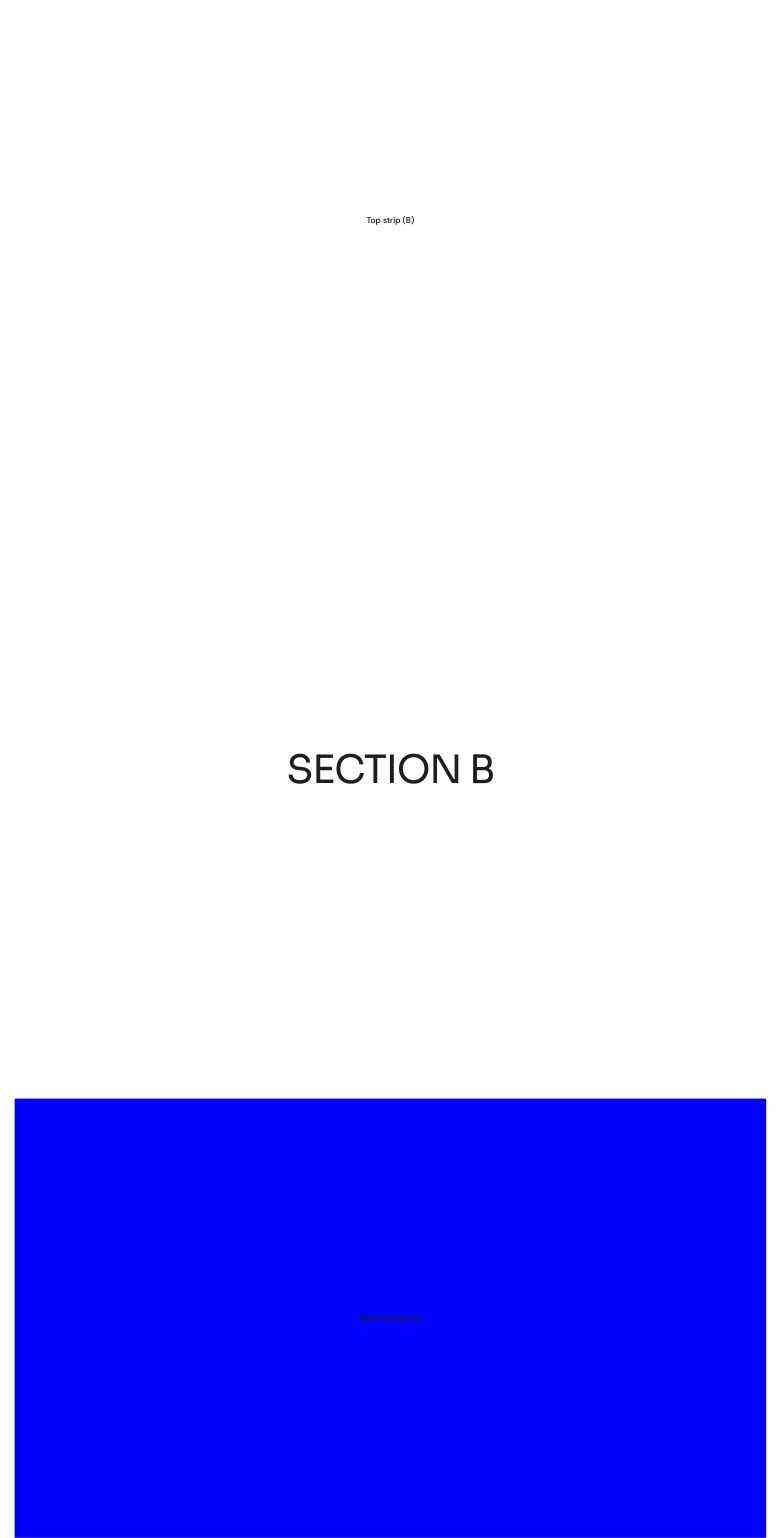
Repository: BwesewB/Offcut
Page: /
These files come from the project's save history. The page is drawn as it stood at one moment and after the next save; the edit follows.
The browser window is 1280 px wide. The pictures show the whole page, at 61% of full size.
The project was rebuilt for these pictures with package versions that can differ from the ones it lists, and the page was loaded fresh each time. The framework's server and built-in components were replaced by stand-ins that run in the browser. Also part of the build but not shown: next.config.mjs, app/styles/page.module.css, app/components/molecules/mediaBlock/MediaBlock.module.css, app/components/molecules/mediaBlock/MediaBlock.jsx, app/components/molecules/twoColumn/TwoColumn.module.css, app/components/molecules/twoColumn/TwoColumn.js, app/components/molecules/gridLayout/GridLayout.module.css, app/components/molecules/gridLayout/GridLayout.js.

Above is the page before, as saved 2025-09-19 22:43:02.

After the next save:
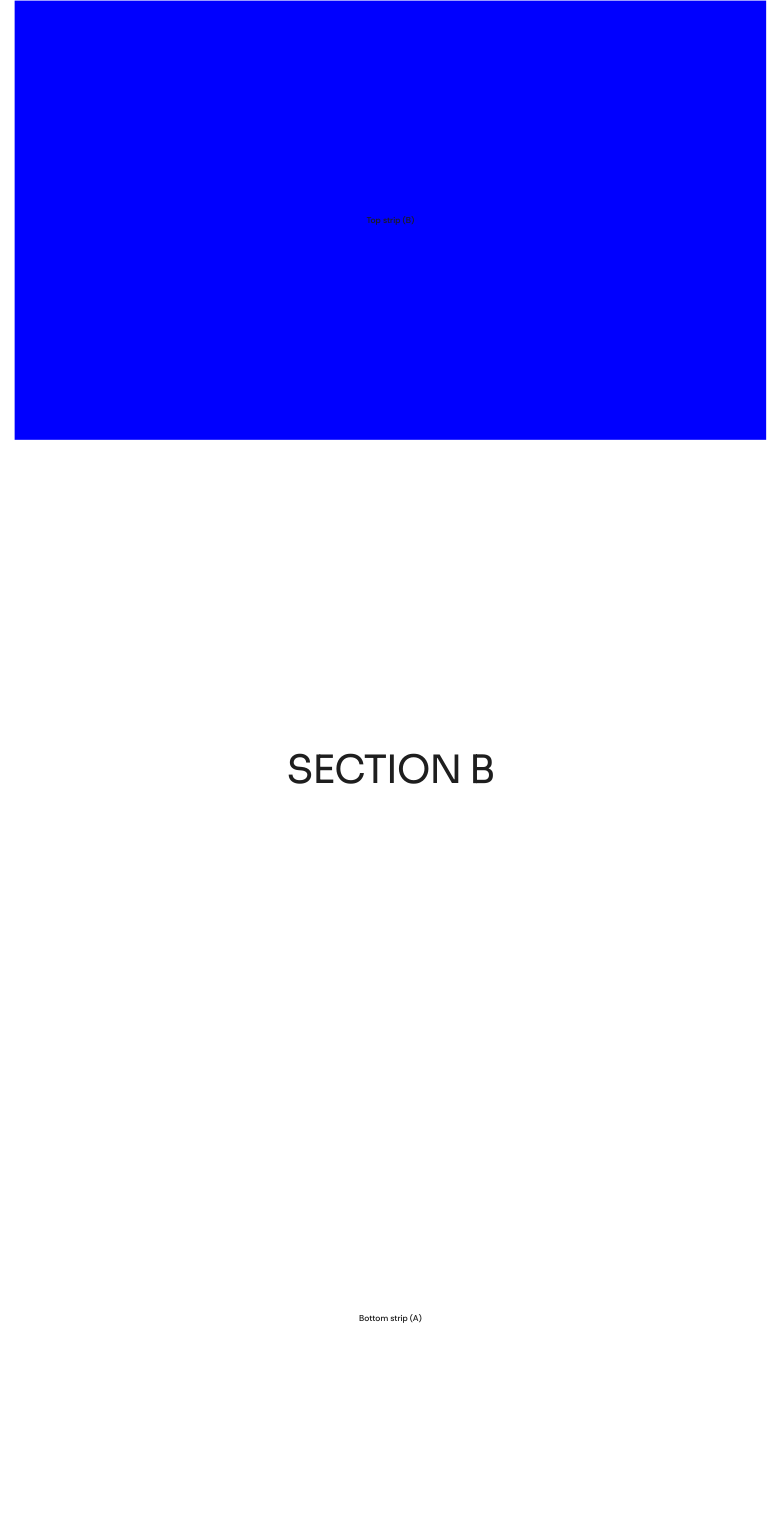
Saved 7 s later.
--- a/app/page.js
+++ b/app/page.js
@@ -26,12 +26,12 @@
         </section>
       }
       bottomStripA={
-        <div style={{ height: '100%', display: 'grid', placeItems: 'center', zIndex: 1, backgroundColor: 'blue' }}>
+        <div style={{ height: '100%', display: 'grid', placeItems: 'center' }}>
           <p>Bottom strip (A)</p>
         </div>
       }
       topStripB={
-        <div style={{ height: '100%', display: 'grid', placeItems: 'center'}}>
+        <div style={{ height: '100%', display: 'grid', placeItems: 'center', zIndex: 1, backgroundColor: 'blue'}}>
           <p>Top strip (B)</p>
         </div>
       }
